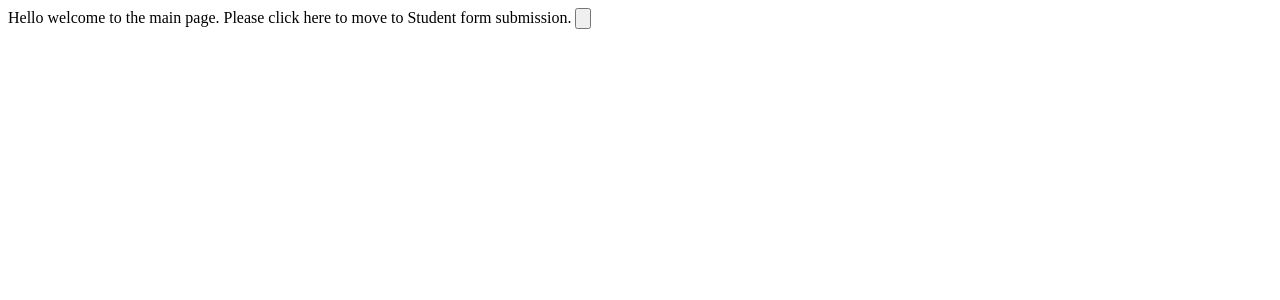
Repository: mdmyr/SpringFrameWorkout
Page: http://localhost/Spring-mvc-FormTag/WEB-INF/view/Welcome.jsp
The author's editor kept a copy of each file at every save. The page is drawn from the files as they stood at one save, then again after the next save.
The browser window is 1280 px wide. The pictures show the whole page.
The page is served by Tomcat 9. Nobody is signed in. The template is opened directly, without the code that normally fills it, so the values that code supplies are empty.

Above is the page before, as saved 2020-12-07 03:46:32.

After the next save:
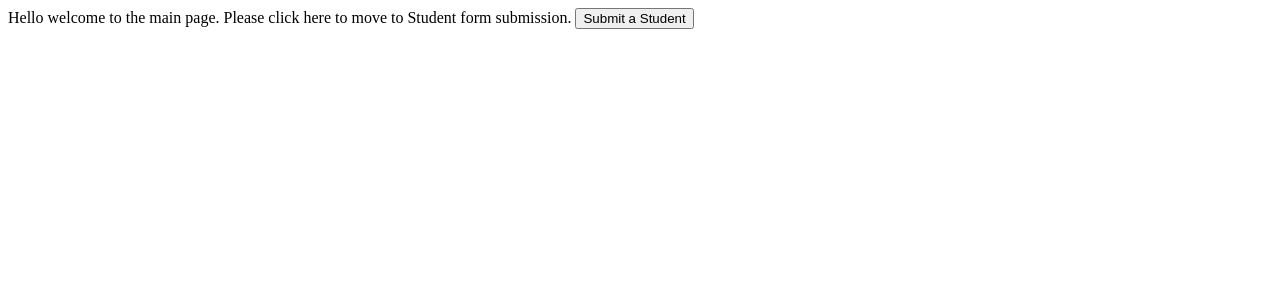
Saved 21 s later.
--- a/Spring-mvc-FormTag/WebContent/WEB-INF/view/Welcome.jsp
+++ b/Spring-mvc-FormTag/WebContent/WEB-INF/view/Welcome.jsp
@@ -9,7 +9,7 @@
 <body>
 Hello welcome to the main page.
 Please click here to move to Student form submission.
-<input type="button">
+<input type="button" value="Submit a Student">
 
 </body>
 </html>
